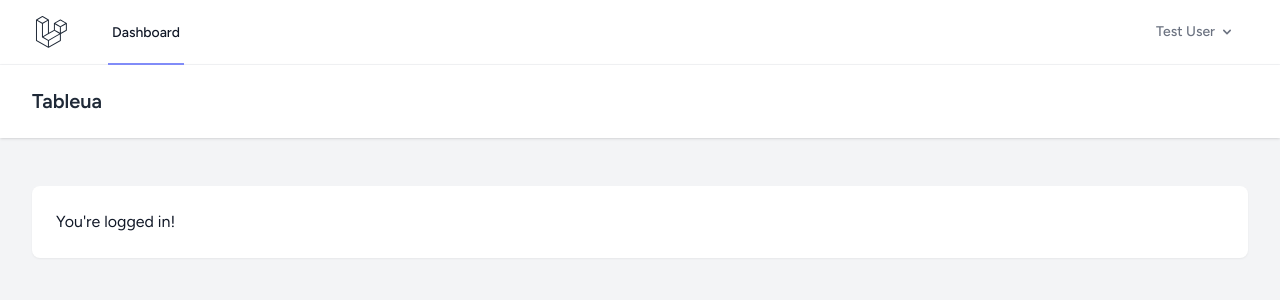
Repository: Fatumata-d/Authentification
Page: http://localhost/dashboard
The author's editor kept a copy of each file at every save. The page is drawn from the files as they stood at one save, then again after the next save.
The browser window is 1280 px wide. The pictures show the whole page.
The page is served by the project's Laravel application, run on PHP 8.4 with Laravel 9. A made-up administrator, Test User (test@example.com), is signed in. Style sheets and scripts are compiled from the project's sources, by tool versions that may differ from the author's.

Above is the page before, as saved 2025-02-05 12:14:47.

After the next save:
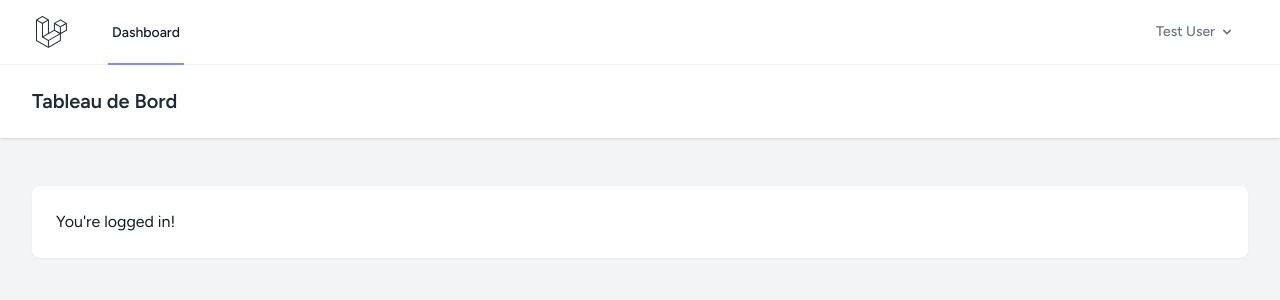
Saved 9 s later.
--- a/resources/views/dashboard.blade.php
+++ b/resources/views/dashboard.blade.php
@@ -1,7 +1,7 @@
 <x-app-layout>
     <x-slot name="header">
         <h2 class="font-semibold text-xl text-gray-800 dark:text-gray-200 leading-tight">
-            {{ __('Tableua') }}
+            {{ __('Tableau de Bord') }}
         </h2>
     </x-slot>
 
